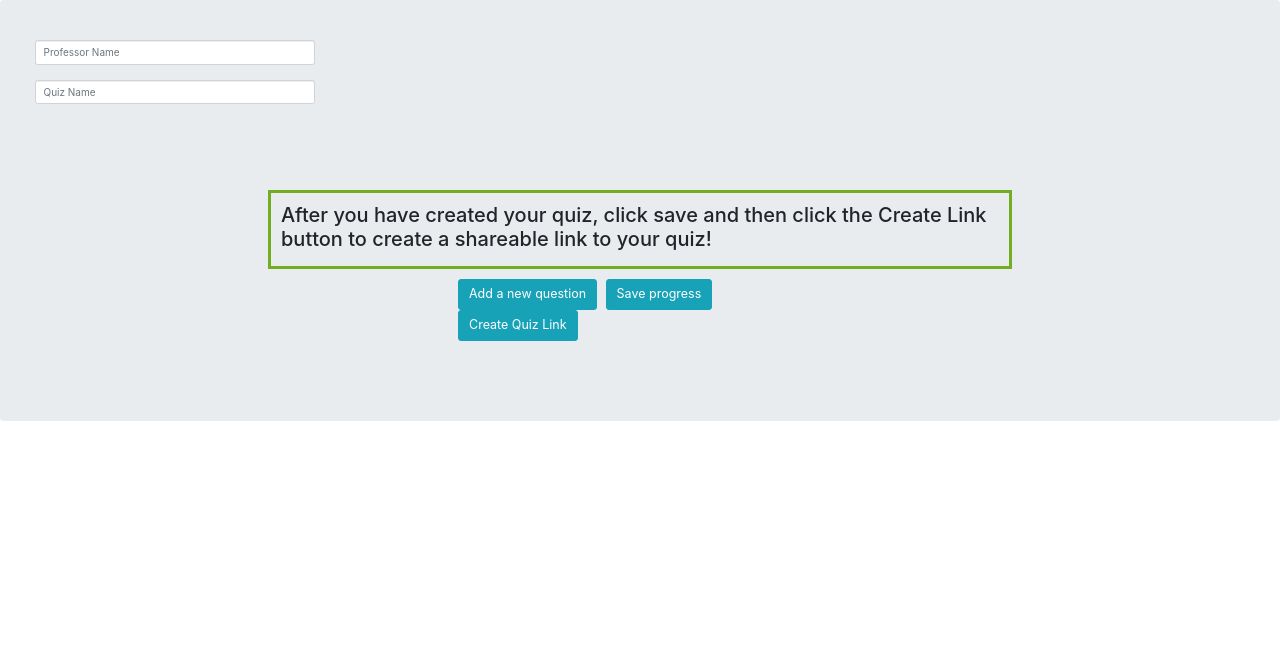
Repository: phillipdacosta/QuizemsNew
Page: /#/home
An editor plug-in stored every save of this project. The page is shown before and after the next save, followed by the edit.
The browser window is 1280 px wide. The pictures show the whole page.
Some web libraries are served in a nearby version. The project was rebuilt for these pictures with package versions that can differ from the ones it lists, and the page was loaded fresh each time. Also part of the build but not shown: angular.json, src/app/quiz/quiz.component.ts, src/app/about/about.component.ts, src/app/student/student.component.ts, src/app/questions/questions.component.ts, src/app/question-display/question-display.component.ts, src/app/timer/timer.component.ts.

Above is the page before, as saved 2019-06-30 16:51:00.

### src/index.html
<!doctype html>
<html>
<head>
  <meta charset="utf-8">
  <title>Angular Bootstrap Demo</title>
  <base href="/">
  <meta name="viewport" content="width=device-width, initial-scale=1">
  <link rel="icon" type="image/x-icon" href="favicon.ico">
  <link rel="stylesheet" href="https://maxcdn.bootstrapcdn.com/bootstrap/3.3.7/css/bootstrap.min.css" integrity="sha384-BVYiiSIFeK1dGmJRAkycuHAHRg32OmUcww7on3RYdg4Va+PmSTsz/K68vbdEjh4u" crossorigin="anonymous">
</head>
<body>
  <app-root>Loading...</app-root>
  <script src="https://code.jquery.com/jquery-3.1.1.min.js" integrity="sha256-hVVnYaiADRTO2PzUGmuLJr8BLUSjGIZsDYGmIJLv2b8=" crossorigin="anonymous"></script>
  <script src="https://maxcdn.bootstrapcdn.com/bootstrap/3.3.7/js/bootstrap.min.js" integrity="sha384-Tc5IQib027qvyjSMfHjOMaLkfuWVxZxUPnCJA7l2mCWNIpG9mGCD8wGNIcPD7Txa" crossorigin="anonymous"></script>
</body>
</html>

### src/app/app-routing.module.ts
import { NgModule } from '@angular/core';
import { Routes, RouterModule } from '@angular/router';
import { ProfessorComponent } from './professor/professor.component';
import { QuestionsComponent } from './questions/questions.component';
import { QuizComponent } from './quiz/quiz.component';
import { AboutComponent } from './about/about.component';

const routes: Routes = [

  {
    path: '',
    component: AboutComponent,

 } ,

  {
    path: 'home',
    component: ProfessorComponent,

 } ,


 {
  path: 'quiz',
  component: QuizComponent

}

];

@NgModule({
  imports: [RouterModule.forRoot(routes), RouterModule.forRoot(routes,{useHash:true})],
  exports: [RouterModule]
})
export class AppRoutingModule { }

### src/app/app.component.ts
import { Component } from '@angular/core';

@Component({
  selector: 'app-root',
  templateUrl: './app.component.html',
  styleUrls: ['./app.component.css']
})
export class AppComponent {
  title = 'quizems';
}

### src/app/professor/professor.component.ts
import { Component, OnInit } from '@angular/core';
import { DataService } from '../data.service';
import { Question } from '../question.model';

@Component({
  selector: 'app-professor',
  templateUrl: './professor.component.html',
  styleUrls: ['./professor.component.css']
})
export class ProfessorComponent implements OnInit {


  question : any;
  link : any
  flag : boolean = false;

  constructor(private data : DataService) { }


  ngOnInit() {


  }



  populateQuiz(){

    this.data.saveData('questions');
    this.flag = true;

  }

  loadQuiz(){
    this.data.loadData('questions');
  }

  newQuestion(){

    let question = new Question();
    this.data.questionslist.push(question)
    console.log(this.data.questionslist)
    this.flag = false;
  }

  createLink(){

    this.link = 'https://quizems-daf82.firebaseapp.com/#/quiz';
    //this.router.navigate(['/quiz']);


      }
  }

### src/app/professor/professor.component.html
<!DOCTYPE html>
<html lang="en">
<head>
  <title>Bootstrap Example</title>
  <meta charset="utf-8">
  <meta name="viewport" content="width=device-width, initial-scale=1">
  <link rel="stylesheet" href="https://maxcdn.bootstrapcdn.com/bootstrap/4.3.1/css/bootstrap.min.css">
  <script src="https://ajax.googleapis.com/ajax/libs/jquery/3.4.1/jquery.min.js"></script>
  <script src="https://cdnjs.cloudflare.com/ajax/libs/popper.js/1.14.7/umd/popper.min.js"></script>
  <script src="https://maxcdn.bootstrapcdn.com/bootstrap/4.3.1/js/bootstrap.min.js"></script>
</head>
<body>

<div class="container">


  <!-- The Modal -->
  <div class="modal" id="myModal">
    <div class="modal-dialog">
      <div class="modal-content">

        <!-- Modal Header -->
        <div class="modal-header">
          <h4 class="modal-title">Congrats!</h4>
          <button type="button" class="close" data-dismiss="modal">&times;</button>
        </div>

        <!-- Modal body -->
        <div class="modal-body">
        Your quiz has been created!
         <br>
         <br>
         Here is your shareable link: https://quizemsnew.firebaseapp.com/#/quiz
        </div>

        <!-- Modal footer -->
        <div class="modal-footer">
          <button type="button" class="btn btn-danger" data-dismiss="modal">Close</button>
        </div>

      </div>
    </div>
  </div>

</div>

</body>
</html>

<div class = "jumbotron">


    <div class = "col-xs-3">

        <div class="form-group">


            <input type="text" class="form-control " id="exampleInputPassword1" placeholder="Professor Name">
            <br>

            <input type="text" class="form-control" id="exampleInputPassword1" placeholder="Quiz Name">

          </div>
        </div>

  <br>
  <br>
   <br>
    <br>
     <br>

     <br>
     <br>
      <br>
       <br>
        <br>

  <div class = "heading">
  <h2>After you have created your quiz, click save and then click the Create Link button to create a shareable link to your quiz!</h2>

</div>

<div class = "headingButtons">


      <button type="button" class="btn btn-info btn-lg" (click) = "newQuestion()">Add a new question</button>

&nbsp;


    <button type="button" class="btn btn-info btn-lg" (click) = "populateQuiz()">Save progress</button>




&nbsp;
  <!--  <button (click)="loadQuiz()">Load</button>-->
<button type="button" class="btn btn-info btn-lg" data-toggle="modal" data-target="#myModal" (click) = "createLink()">Create Quiz Link</button>

</div>
<br>
<br>


<div *ngFor = "let q of data.questionslist">
  <app-questions [questionModel]="q"></app-questions>
</div>

</div>

### src/app/professor/professor.component.css
.divider{
    width:5px;
    height:auto;
    display:inline-block;
}

.heading{

  margin: auto;
  width: 60%;
  border: 3px solid #73AD21;
  padding: 10px;
}

.headingButtons{

  margin: auto;
  width: 30vw;
  padding: 10px;


}

.professorInput{

  text-align: center;
  left: 1000px;
}

### src/app/data.service.ts
import { Injectable } from '@angular/core';
import {Model} from "src/app/question-answer.model";
import { Question } from './question.model';


@Injectable({
  providedIn: 'root'
})
export class DataService {


  professorQuestion : any;
  questionslist : Array <Question>;

  constructor() {

    this.questionslist= new Array<Question>();


    }

    arrayToJSON(array){
        return {"data": array};
    }

    saveData(key: string){
      const value = JSON.stringify(this.arrayToJSON(this.questionslist));
      localStorage.setItem(key, value);
      console.log(value)
    }

    loadData(key: string){
      this.questionslist = JSON.parse(localStorage.getItem(key))['data'];
      console.log(this.questionslist);
    }

  }

### src/app/question.model.ts
export class Question {

    question : any = '';
    answerOne : any = '';
    answerTwo : any = '';
    answerThree : any = '';
    answerFour : any = '';
    correctAnswer : any = '';

}

Loaded but not shown: src/styles.css (common file); src/main.ts (common file); src/app/app.module.ts (common file); src/environments/environment.ts (common file); src/app/app.component.html (common file); src/app/app.component.css (no stored copy; drawn as an empty file)

After the next save:
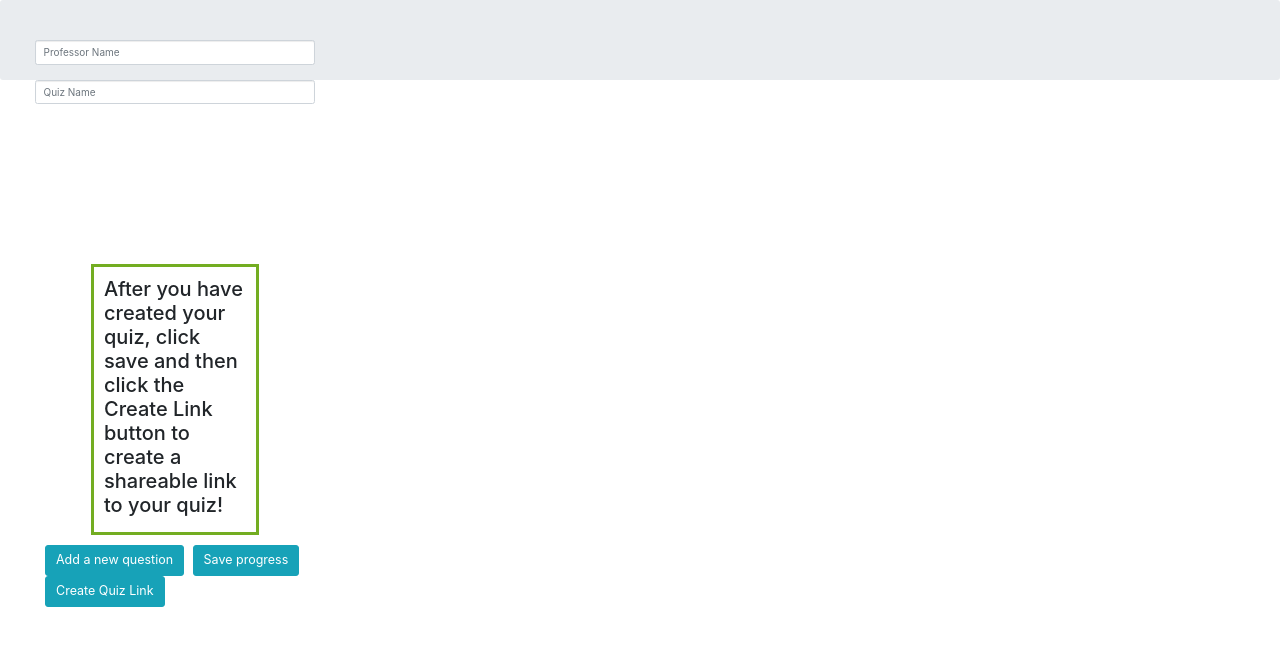
Saved 109 s later.
--- a/src/app/professor/professor.component.html
+++ b/src/app/professor/professor.component.html
@@ -54,6 +54,10 @@
 
         <div class="form-group">
 
+          <div class = "inputgroup">
+
+
+
 
             <input type="text" class="form-control " id="exampleInputPassword1" placeholder="Professor Name">
             <br>

After the save that followed:
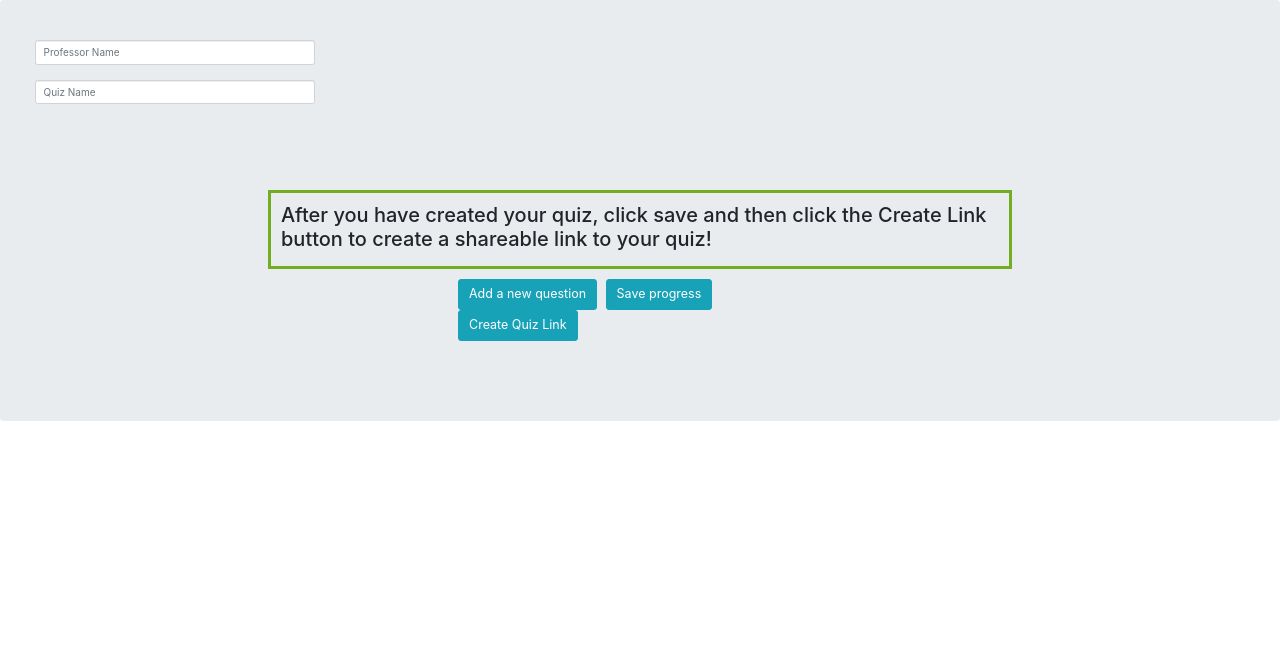
Saved 8 s later.
--- a/src/app/professor/professor.component.html
+++ b/src/app/professor/professor.component.html
@@ -65,6 +65,7 @@
             <input type="text" class="form-control" id="exampleInputPassword1" placeholder="Quiz Name">
 
           </div>
+          </div>
         </div>
 
   <br>
